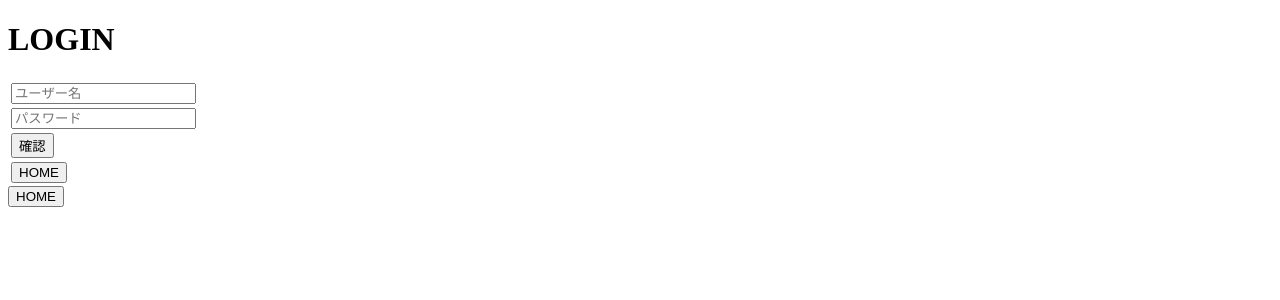
Repository: ryuhei0204/test
Page: http://localhost/Mytest/login.jsp
These files come from the project's save history. The page is drawn as it stood at one moment and after the next save; the edit follows.
The browser window is 1280 px wide. The pictures show the whole page.
The page is served by Tomcat 9.

Above is the page before, as saved 2019-06-24 02:23:20.

After the next save:
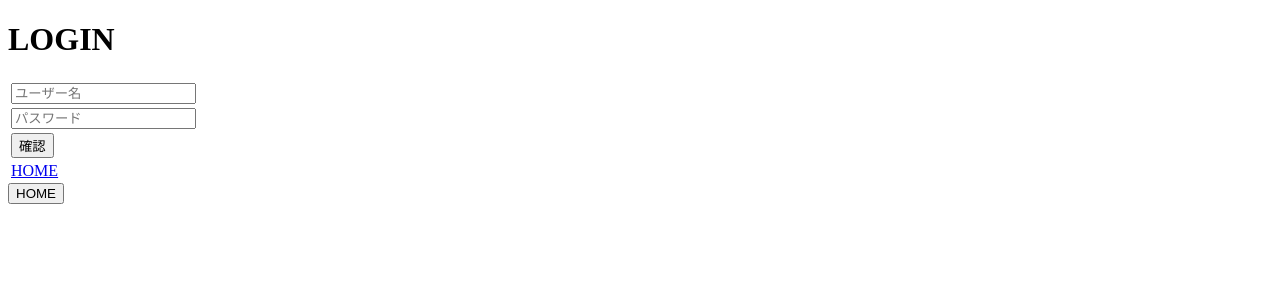
Saved 57 s later.
--- a/Mytest/WebContent/login.jsp
+++ b/Mytest/WebContent/login.jsp
@@ -24,7 +24,7 @@
       <td><input type = "submit" value = "確認"/></td>
    </tr>
    <tr>
-      <td><a href = '<s:url action = "GoHomeAction" />'><input type = "button" value = "HOME"/></a></td>
+      <td><a href = '<s:url action = "GoHomeAction" />'>HOME</a></td>
    </tr>
 </table>
 </form>

After the save that followed:
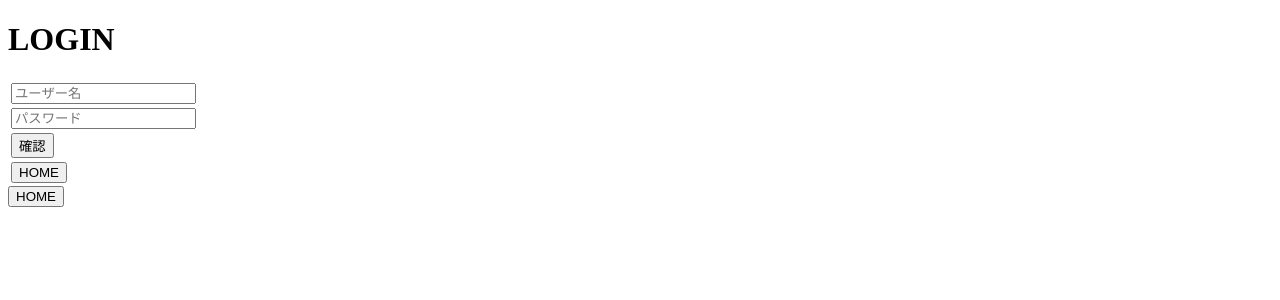
Saved 2 min 51 s later.
--- a/Mytest/WebContent/login.jsp
+++ b/Mytest/WebContent/login.jsp
@@ -24,7 +24,7 @@
       <td><input type = "submit" value = "確認"/></td>
    </tr>
    <tr>
-      <td><a href = '<s:url action = "GoHomeAction" />'>HOME</a></td>
+      <td><a href = '<s:url action = "GoHomeAction" />'><button>HOME</button></a></td>
    </tr>
 </table>
 </form>
